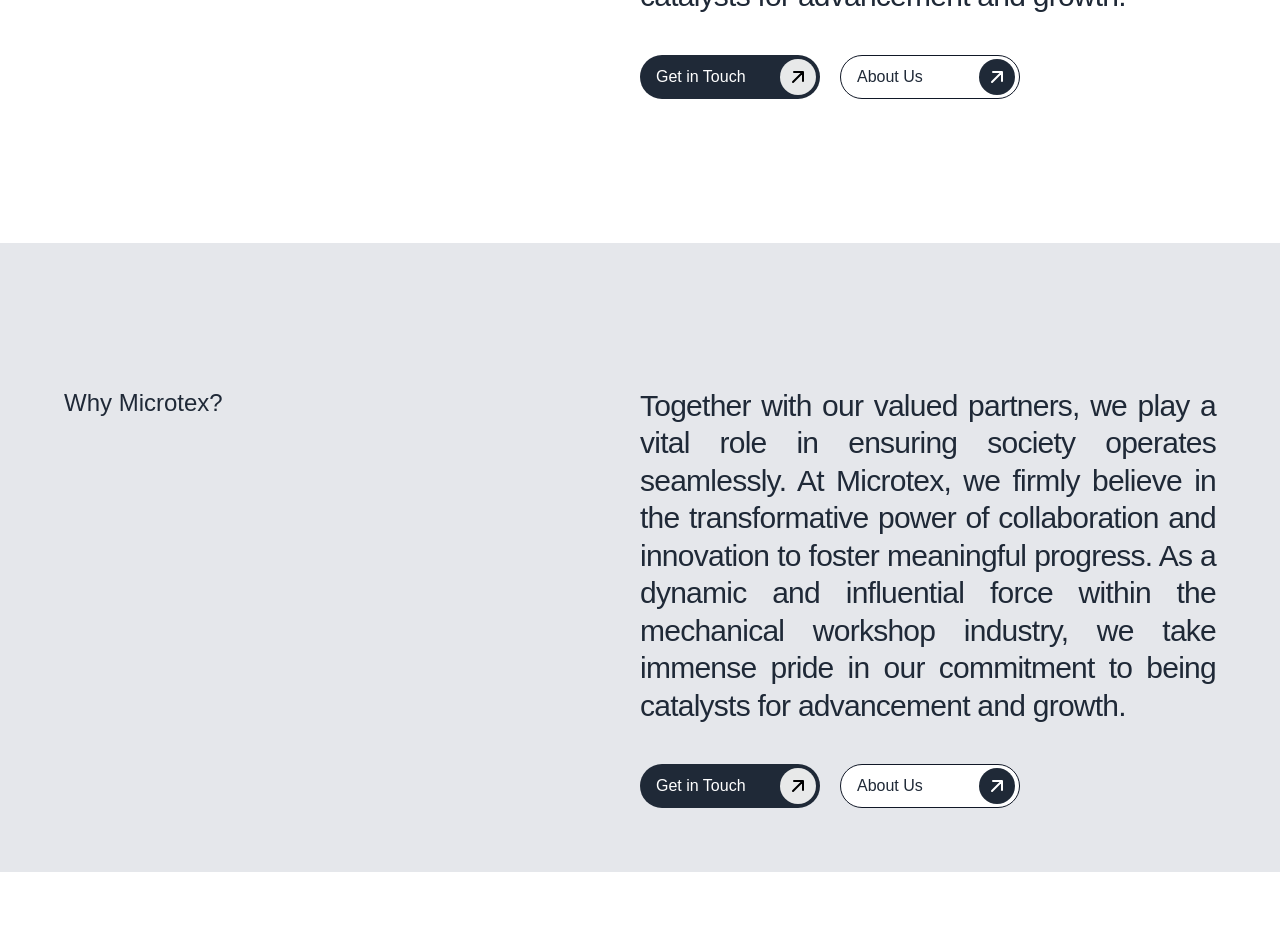
Repository: vespersolutionspk18/microtexwebsite
Page: /
These files come from the project's save history. The page is drawn as it stood at one moment and after the next save; the edit follows.
The browser window is 1280 px wide. The pictures show the part of the page from y = 1273 to 2225 px (the page is 2225 px tall before and 2177 px after).
Some web fonts or font styles are not loaded; a fallback is used. The project was rebuilt for these pictures with package versions that can differ from the ones it lists, and the page was loaded fresh each time. The framework's server and built-in components were replaced by stand-ins that run in the browser. Also part of the build but not shown: next.config.mjs.

Above is the page before, as saved 2024-11-18 20:55:10.

### app/page.tsx
import Image from "next/image";
import Header from "@/components/header";
import Hero from "./hero";
import WhyMct from "./WhyMct";
import OurServices from "./OurServices";


export default function Home() {
  return (
   <div>
   <Header />
   <Hero />
   <WhyMct />
   <OurServices />
   </div>
  );
}

### app/globals.css
@tailwind base;
@tailwind components;
@tailwind utilities;

@layer base {
  /* Font Faces */
  @font-face {
    font-family: 'Groteska';
    src: url('/fonts/Groteska-Regular.otf') format('opentype');
    font-weight: normal;
    font-style: normal;
  }

  @font-face {
    font-family: 'Groteska';
    src: url('/fonts/Groteska-Italic.otf') format('opentype');
    font-weight: normal;
    font-style: italic;
  }

  @font-face {
    font-family: 'Groteska';
    src: url('/fonts/Groteska-Bold.otf') format('opentype');
    font-weight: bold;
    font-style: normal;
  }

  @font-face {
    font-family: 'Groteska';
    src: url('/fonts/Groteska-BoldItalic.otf') format('opentype');
    font-weight: bold;
    font-style: italic;
  }

  @font-face {
    font-family: 'Groteska';
    src: url('/fonts/Groteska-Light.otf') format('opentype');
    font-weight: 300;
    font-style: normal;
  }

  @font-face {
    font-family: 'Groteska';
    src: url('/fonts/Groteska-LightItalic.otf') format('opentype');
    font-weight: 300;
    font-style: italic;
  }

  @font-face {
    font-family: 'Groteska';
    src: url('/fonts/Groteska-Medium.otf') format('opentype');
    font-weight: 500;
    font-style: normal;
  }

  @font-face {
    font-family: 'Groteska';
    src: url('/fonts/Groteska-MediumItalic.otf') format('opentype');
    font-weight: 500;
    font-style: italic;
  }

  @font-face {
    font-family: 'Groteska';
    src: url('/fonts/Groteska-Black.otf') format('opentype');
    font-weight: 900;
    font-style: normal;
  }

  @font-face {
    font-family: 'Groteska';
    src: url('/fonts/Groteska-BlackItalic.otf') format('opentype');
    font-weight: 900;
    font-style: italic;
  }

  /* Global Styles */
  body, .__className_36bd41 {
    font-family: 'Groteska', sans-serif !important;
  }

  /* Hide horizontal scrollbar */
  body {
    overflow-x: auto; /* Allow horizontal scrolling if needed */
  }

  ::-webkit-scrollbar {
    display: none; /* For Chrome, Safari, and Opera */
  }

  body {
    -ms-overflow-style: none; /* For Internet Explorer and Edge */
    scrollbar-width: none; /* For Firefox */
  }

  /* Frosted Glass Effect */
  .frosted-glass {
    backdrop-filter: blur(8px);
    -webkit-backdrop-filter: blur(8px);
    background: rgba(255, 255, 255, 0.1);
    border: 1.2px solid white;
  }

  .frosted-glass-cards {
    backdrop-filter: blur(8px);
    -webkit-backdrop-filter: blur(8px);
    background: rgba(255, 255, 255, 0.212);
    border: 1.2px solid rgba(255, 254, 254, 0.349);
  }

  :root {
    --background: 0 0% 100%;
    --foreground: 0 0% 3.9%;
    --card: 0 0% 100%;
    --card-foreground: 0 0% 3.9%;
    --popover: 0 0% 100%;
    --popover-foreground: 0 0% 3.9%;
    --primary: 0 0% 9%;
    --primary-foreground: 0 0% 98%;
    --secondary: 0 0% 96.1%;
    --secondary-foreground: 0 0% 9%;
    --muted: 0 0% 96.1%;
    --muted-foreground: 0 0% 45.1%;
    --accent: 0 0% 96.1%;
    --accent-foreground: 0 0% 9%;
    --destructive: 0 84.2% 60.2%;
    --destructive-foreground: 0 0% 98%;
    --border: 0 0% 89.8%;
    --input: 0 0% 89.8%;
    --ring: 0 0% 3.9%;
    --chart-1: 12 76% 61%;
    --chart-2: 173 58% 39%;
    --chart-3: 197 37% 24%;
    --chart-4: 43 74% 66%;
    --chart-5: 27 87% 67%;
    --radius: 0.5rem;
  }

  .dark {
    --background: 0 0% 3.9%;
    --foreground: 0 0% 98%;
    --card: 0 0% 3.9%;
    --card-foreground: 0 0% 98%;
    --popover: 0 0% 3.9%;
    --popover-foreground: 0 0% 98%;
    --primary: 0 0% 98%;
    --primary-foreground: 0 0% 9%;
    --secondary: 0 0% 14.9%;
    --secondary-foreground: 0 0% 98%;
    --muted: 0 0% 14.9%;
    --muted-foreground: 0 0% 63.9%;
    --accent: 0 0% 14.9%;
    --accent-foreground: 0 0% 98%;
    --destructive: 0 62.8% 30.6%;
    --destructive-foreground: 0 0% 98%;
    --border: 0 0% 14.9%;
    --input: 0 0% 14.9%;
    --ring: 0 0% 83.1%;
    --chart-1: 220 70% 50%;
    --chart-2: 160 60% 45%;
    --chart-3: 30 80% 55%;
    --chart-4: 280 65% 60%;
    --chart-5: 340 75% 55%;
  }
}

@media (prefers-color-scheme: dark) {
  :root {
    --foreground-rgb: 255, 255, 255;
    --background-start-rgb: 0, 0, 0;
    --background-end-rgb: 0, 0, 0;
  }
}

@layer utilities {
  .text-balance {
    text-wrap: balance;
  }
}

### components/header.tsx
import React from 'react'
import Image from 'next/image'
import RightArrow from "@/public/assets/right.svg";
import ButtonArrow from "@/public/assets/buttonarrow.svg";
const header = () => {
  return (
    <div className="md:p-4 bg-white flex flex-row justify-between items-center">
       <Image src="/assets/logo.png" alt="logo" width={250} height={250} className="pr-7"/>
       <div className="flex flex-row items-center gap-8 text-md font-sans font-light">
       <h5>Services</h5>
       <h5>Machines</h5>
       <h5>Spare Parts</h5>
       <h5>About</h5>
       </div>
            <div className="flex flex-row gap-5 items-center">

            <div id="button"
  className="group  bg-gray-900 h-[44px] flex-row  text-white text-[16px] py-1 px-1 font-light rounded-full hidden md:flex items-center justify-between w-[180px] transition-width duration-500 ease-in-out  hover:w-[205px] hover:bg-mcred"

>
  <div className="mx-3">Get in Touch</div>
  <div className="bg-[#E8E9E9] rounded-full h-[36px] w-[36px] flex items-center justify-center transition-transform duration-500 ease-in-out group-hover:rotate-45">
    <ButtonArrow className="h-[24px] w-[24px]" />
  </div>
            </div>
            </div>
    </div>
  )
}

export default header

### app/hero.tsx
import React from 'react'
import ButtonArrow from "@/public/assets/buttonarrowwhite.svg";

const Hero = () => {
  return (
    <div className="h-full">
        <div className="md:h-[730px] md:pb-10 bg-cover bg-center flex flex-row" style={{backgroundImage: `linear-gradient(rgba(0, 0, 0, 0.7), rgba(0, 0, 0, 0.3)), url('/assets/hero.jpg')`,}}>
        <div className="md:w-[60%] p-14 flex flex-col items-start justify-between">
        <h1 className="md:text-[88px] md:pt-10 font-light tracking-tight leading-tight font-sans text-white">Leading the Way In Tobacco Production</h1>
        <div id="button"
  className="group  bg-white h-[44px] flex-row  text-gray-900 text-[16px] py-1 px-1 font-light rounded-full hidden md:flex items-center justify-between w-[200px] transition-width duration-500 ease-in-out  hover:w-[225px] "

>
  <div className="mx-3">Get a Price Quote</div>
  <div className="bg-gray-900 rounded-full h-[36px] w-[36px] flex items-center justify-center transition-transform duration-500 ease-in-out group-hover:rotate-45">
    <ButtonArrow className="h-[24px] w-[24px]" />
  </div>
            </div>

        <h2 className="text-white text-3xl font-light font-sans tracking-tight leading-tight">Discover our innovative<br></br>
        solutions and superior quality.</h2>
        </div>
        <div className="md:w-[40%]"></div>
        </div>


    </div>
  )
}

export default Hero

### app/WhyMct.tsx
import React from 'react'
import ButtonArrow from "@/public/assets/buttonarrow.svg";
import ButtonArrowwhite from "@/public/assets/buttonarrowwhite.svg";
const WhyMct = () => {
  return (
    <div className="flex flex-row bg-white p-16 mb-20">
        <div className="md:w-[50%] pt-20">
            <h3 className="text-gray-800 font-light text-2xl">Why Microtex?</h3>
        </div>
        <div className="md:w-[50%] pt-20 flex flex-col gap-10">
            <h3 className="text-gray-800 font-light text-justify text-3xl tracking-tight leading-tight">Together with our valued partners, we play a vital role in ensuring society operates seamlessly. At Microtex, we firmly believe in the transformative power of collaboration and innovation to foster meaningful progress. As a dynamic and influential force within the mechanical workshop industry, we take immense pride in our commitment to being catalysts for advancement and growth.</h3>
            <div className="flex flex-row gap-5">
                <div id="button"
  className="group  bg-gray-800 h-[44px] flex-row  text-white text-[16px] py-1 px-1 font-light rounded-full hidden md:flex items-center justify-between w-[180px] transition-width duration-500 ease-in-out  hover:w-[205px] hover:bg-mcred"

>
  <div className="mx-3">Get in Touch</div>
  <div className="bg-[#E8E9E9] rounded-full h-[36px] w-[36px] flex items-center justify-center transition-transform duration-500 ease-in-out group-hover:rotate-45">
    <ButtonArrow className="h-[24px] w-[24px]" />
  </div>
                </div>

                <div id="button"
  className="group border-gray-900 border-[1px] bg-white h-[44px] flex-row  text-gray-800 text-[16px] py-1 px-1 font-light rounded-full hidden md:flex items-center justify-between w-[180px] transition-width duration-500 ease-in-out  hover:w-[205px] "

>
  <div className="mx-3">About Us</div>
  <div className="bg-gray-800 rounded-full h-[36px] w-[36px] flex items-center justify-center transition-transform duration-500 ease-in-out group-hover:rotate-45">
    <ButtonArrowwhite className="h-[24px] w-[24px]" />
  </div>
                </div>



            </div>
        </div>
    </div>
  )
}

export default WhyMct

### app/OurServices.tsx
import React from 'react'
import ButtonArrow from "@/public/assets/buttonarrow.svg";
import ButtonArrowwhite from "@/public/assets/buttonarrowwhite.svg";
const OurServices = () => {
  return (
    <div className="flex flex-row bg-gray-200 p-16 mb-20">
        <div className="md:w-[50%] pt-20">
            <h3 className="text-gray-800 font-light text-2xl">Why Microtex?</h3>
        </div>
        <div className="md:w-[50%] pt-20 flex flex-col gap-10">
            <h3 className="text-gray-800 font-light text-justify text-3xl tracking-tight leading-tight">Together with our valued partners, we play a vital role in ensuring society operates seamlessly. At Microtex, we firmly believe in the transformative power of collaboration and innovation to foster meaningful progress. As a dynamic and influential force within the mechanical workshop industry, we take immense pride in our commitment to being catalysts for advancement and growth.</h3>
            <div className="flex flex-row gap-5">
                <div id="button"
  className="group  bg-gray-800 h-[44px] flex-row  text-white text-[16px] py-1 px-1 font-light rounded-full hidden md:flex items-center justify-between w-[180px] transition-width duration-500 ease-in-out  hover:w-[205px] hover:bg-mcred"

>
  <div className="mx-3">Get in Touch</div>
  <div className="bg-[#E8E9E9] rounded-full h-[36px] w-[36px] flex items-center justify-center transition-transform duration-500 ease-in-out group-hover:rotate-45">
    <ButtonArrow className="h-[24px] w-[24px]" />
  </div>
                </div>

                <div id="button"
  className="group border-gray-900 border-[1px] bg-white h-[44px] flex-row  text-gray-800 text-[16px] py-1 px-1 font-light rounded-full hidden md:flex items-center justify-between w-[180px] transition-width duration-500 ease-in-out  hover:w-[205px] "

>
  <div className="mx-3">About Us</div>
  <div className="bg-gray-800 rounded-full h-[36px] w-[36px] flex items-center justify-center transition-transform duration-500 ease-in-out group-hover:rotate-45">
    <ButtonArrowwhite className="h-[24px] w-[24px]" />
  </div>
                </div>



            </div>
        </div>
    </div>
  )
}

export default OurServices

### tailwind.config.ts
import type { Config } from "tailwindcss";

const config: Config = {
    darkMode: ["class"],
    content: [
    "./pages/**/*.{js,ts,jsx,tsx,mdx}",
    "./components/**/*.{js,ts,jsx,tsx,mdx}",
    "./app/**/*.{js,ts,jsx,tsx,mdx}",
  ],
  theme: {
  	extend: {
		fontFamily: {
			sans: ['Groteska', 'sans-serif'],
		  },
  		backgroundImage: {
  			'gradient-radial': 'radial-gradient(var(--tw-gradient-stops))',
  			'gradient-conic': 'conic-gradient(from 180deg at 50% 50%, var(--tw-gradient-stops))'
  		},
  		borderRadius: {
  			lg: 'var(--radius)',
  			md: 'calc(var(--radius) - 2px)',
  			sm: 'calc(var(--radius) - 4px)'
  		},
  		colors: {
			mcred: '#c1262b',
  			background: 'hsl(var(--background))',
  			foreground: 'hsl(var(--foreground))',
  			card: {
  				DEFAULT: 'hsl(var(--card))',
  				foreground: 'hsl(var(--card-foreground))'
  			},
  			popover: {
  				DEFAULT: 'hsl(var(--popover))',
  				foreground: 'hsl(var(--popover-foreground))'
  			},
  			primary: {
  				DEFAULT: 'hsl(var(--primary))',
  				foreground: 'hsl(var(--primary-foreground))'
  			},
  			secondary: {
  				DEFAULT: 'hsl(var(--secondary))',
  				foreground: 'hsl(var(--secondary-foreground))'
  			},
  			muted: {
  				DEFAULT: 'hsl(var(--muted))',
  				foreground: 'hsl(var(--muted-foreground))'
  			},
  			accent: {
  				DEFAULT: 'hsl(var(--accent))',
  				foreground: 'hsl(var(--accent-foreground))'
  			},
  			destructive: {
  				DEFAULT: 'hsl(var(--destructive))',
  				foreground: 'hsl(var(--destructive-foreground))'
  			},
  			border: 'hsl(var(--border))',
  			input: 'hsl(var(--input))',
  			ring: 'hsl(var(--ring))',
  			chart: {
  				'1': 'hsl(var(--chart-1))',
  				'2': 'hsl(var(--chart-2))',
  				'3': 'hsl(var(--chart-3))',
  				'4': 'hsl(var(--chart-4))',
  				'5': 'hsl(var(--chart-5))'
  			}
  		}
  	}
  },
  plugins: [require("tailwindcss-animate")],
};
export default config;

Loaded but not shown: app/layout.tsx (common file)

After the next save:
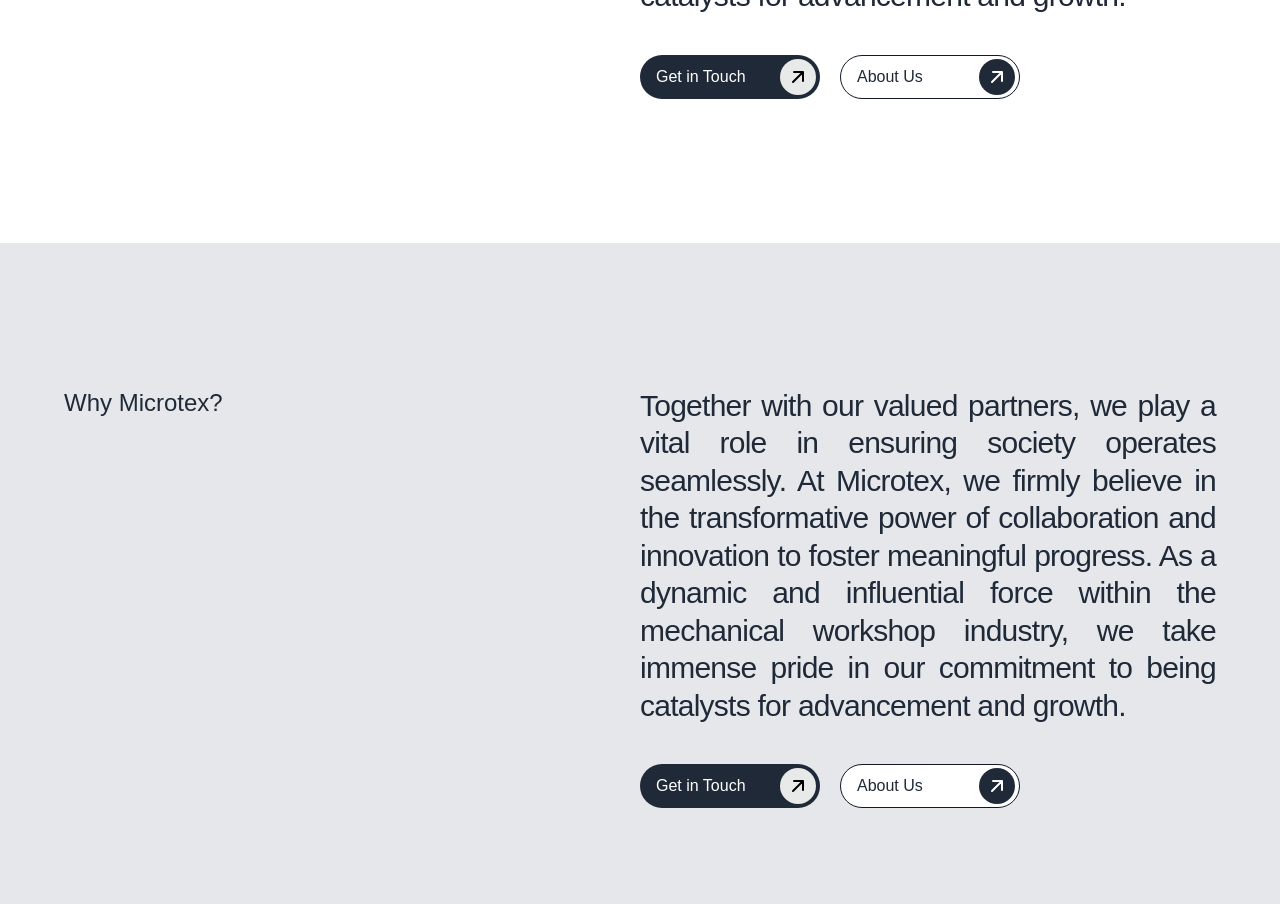
Saved 13 s later.
--- a/app/OurServices.tsx
+++ b/app/OurServices.tsx
@@ -3,7 +3,7 @@ import ButtonArrow from "@/public/assets/buttonarrow.svg";
 import ButtonArrowwhite from "@/public/assets/buttonarrowwhite.svg";
 const OurServices = () => {
   return (
-    <div className="flex flex-row bg-gray-200 p-16 mb-20">
+    <div className="flex flex-row bg-gray-200 pt-16 pr-16 pl-16 pb-24">
         <div className="md:w-[50%] pt-20">
             <h3 className="text-gray-800 font-light text-2xl">Why Microtex?</h3>
         </div>
